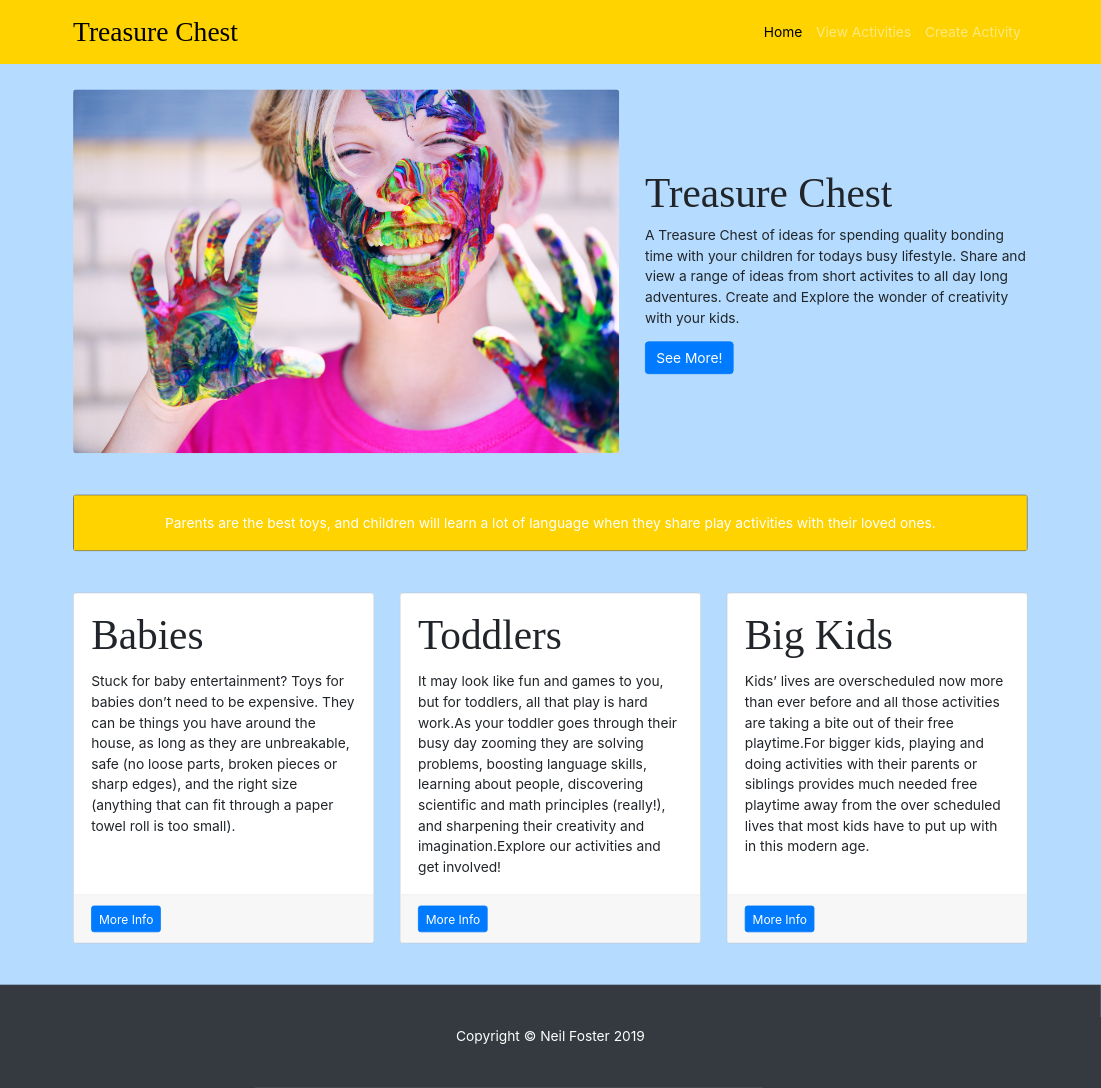
Repository: Neilfoster/milestone_project_3
Page: http://localhost/
The author's editor kept a record of every edit. The page is drawn from the files as they stood at one moment, then again after the next edit.
The browser window is 1280 px wide. The pictures show the whole page, at 86% of full size.
Some web fonts or font styles are not loaded; a fallback is used. Some web libraries are served in a nearby version. The page is served by the project's application, run on Flask 3 (app.py). Queries for data that is not in the repository find no rows.

Above is the page before.

After the next edit:
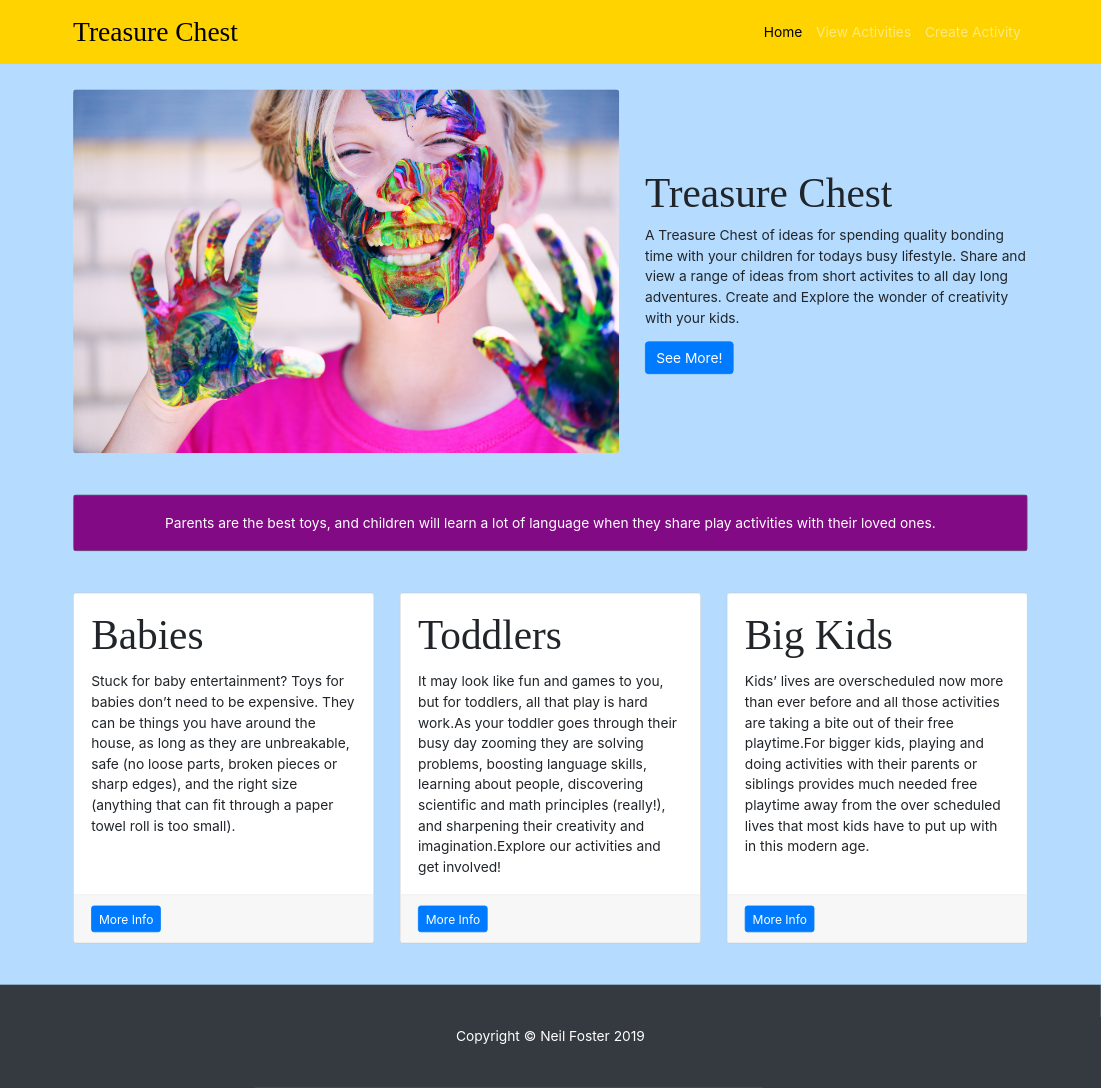
The edit:
--- a/static/css/style.css
+++ b/static/css/style.css
@@ -64,7 +64,7 @@
 }
 
 .cstm_jumb_home{
-    background-color: #ffd300;
+    background-color: #820a84;
 }
 
 
